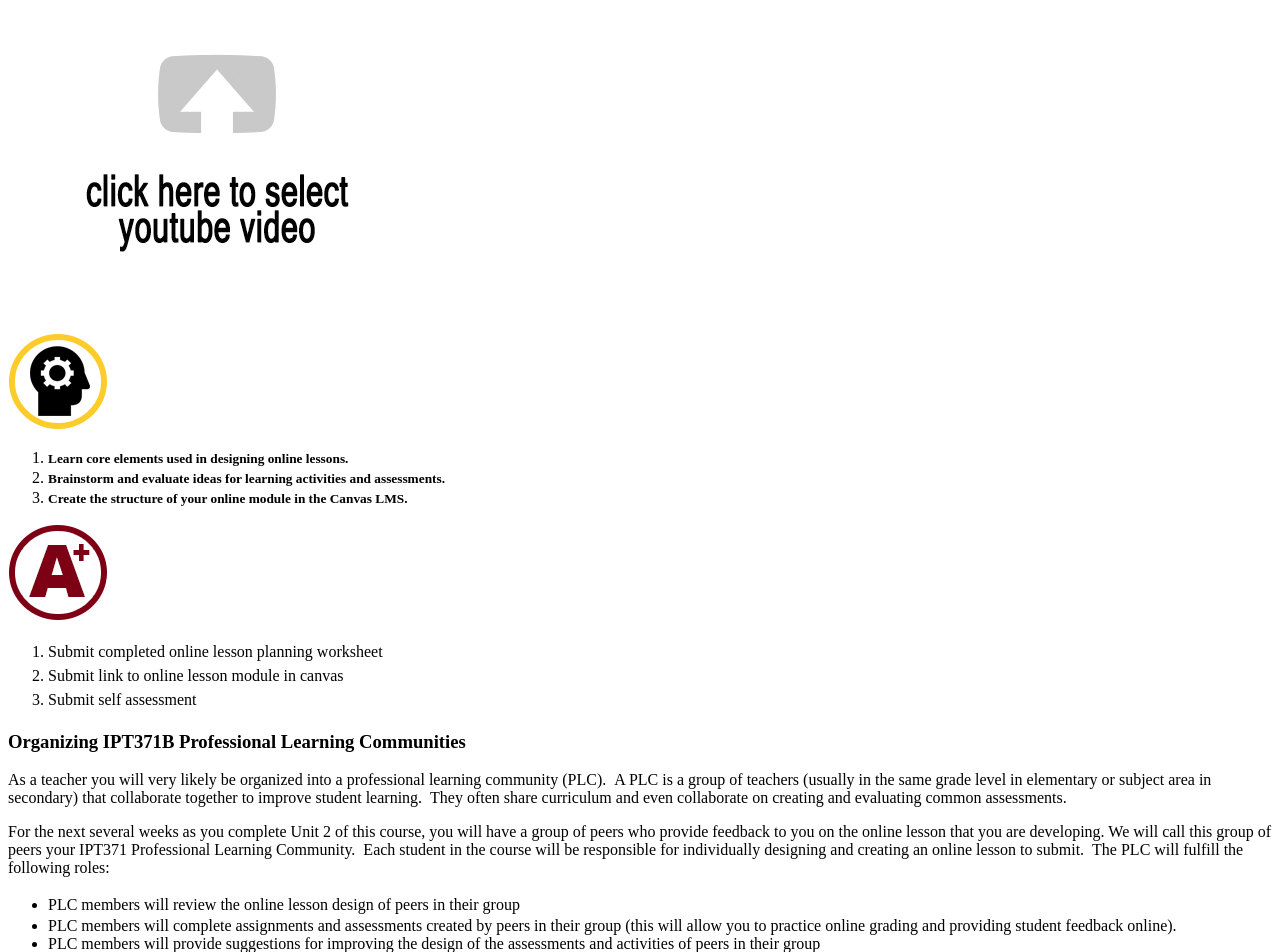
Repository: jaerod95/BYU
Page: IPT 371C/main.html
The author's editor kept a record of every edit. The page is drawn from the files as they stood at one moment, then again after the next edit.
The browser window is 1280 px wide. The pictures show the part of the page from y = 0 to 952 px (the page is 5167 px tall before and 4857 px after).
Pictures or frames that could not be fetched are drawn as grey boxes.

Above is the page before.

### IPT 371C/main.html
<!DOCTYPE html>
<html>

<head>
    <title></title>
    <link rel="stylesheet" href="newstyle.css">
    <script type="text/javascript" src="oldscript.js"></script>
</head>

<body>
    <div class="JR_IPT_371_B_main_content">
        <div class="JR_ipt371banner">
        </div>
        <div class="ipt371content">
            <div class="leftside">
                <div class="ipt371videoSlot" id="vidSlot">
                    <img id="videoButton" src="youtube.png" />
                </div>
            </div>
            <div class="rightside">
                <div class="ipt371ao blueboxipt">
                    <div class="bbimg"><img src="quest.png" /></div>
                    <div class="outcomes">
                        <ol>
                            <li style="text-align: left;"><strong><span style="font-size: 10pt; line-height: 1.5; background-color: transparent;">Learn core elements used in designing online lessons.</span></strong></li>
                            <li style="text-align: left;"><strong><span style="font-size: 10pt; line-height: 1.5; background-color: transparent;">Brainstorm and evaluate ideas for learning activities and assessments.</span></strong></li>
                            <li style="text-align: left;"><strong><span style="font-size: 10pt; line-height: 1.5; background-color: transparent;">Create the structure of your online module in the Canvas LMS.</span></strong></li>
                        </ol>
                    </div>
                </div>
                <div class="ipt371ao blueboxipt">
                    <div class="bbimg"><img src="study.png" /></div>
                    <div class="outcomes">
                        <ol>
                            <li><span style="line-height: 1.5; background-color: transparent;">Submit completed online lesson planning worksheet</span></li>
                            <li><span style="line-height: 1.5; background-color: transparent;">Submit link to online lesson module in canvas</span></li>
                            <li><span style="line-height: 1.5; background-color: transparent;">Submit self assessment</span></li>
                        </ol>
                    </div>
                </div>
            </div>
        </div>
        <div class="maincontent">
            <h3 class=""><strong><span style="font-size: 14pt;">Organizing IPT371B&nbsp;Professional Learning Communities</span></strong></h3>
            <p>As a teacher you will very likely be organized into a professional learning community (PLC). &nbsp;A PLC is a group of teachers (usually in the same grade level in elementary or subject area in secondary) that collaborate together to improve
                student learning. &nbsp;They often share curriculum and even collaborate on creating and evaluating common assessments.&nbsp;</p>
            <p>For the next several weeks as you complete Unit 2 of this course, you will have a&nbsp;group of peers who provide feedback to you on the online lesson that you are developing. We will call this group of peers your IPT371 Professional Learning
                Community. &nbsp;Each student in the course will be responsible for individually designing and creating an online lesson to submit. &nbsp;The PLC will fulfill the following roles:</p>
            <ul>
                <li><span style="line-height: 1.5; background-color: transparent;">PLC members will review the online lesson design of peers in their group</span></li>
                <li>PLC members will complete assignments and assessments created by peers in their group (this will allow you to practice online grading and providing student feedback online).</li>
                <li>PLC members will provide suggestions for improving&nbsp;the design of the assessments and activities&nbsp;of peers in their group</li>
            </ul>

            <p>Follow these instructions to join&nbsp;a PLC group:</p>
            <ul>
                <li>click on the "People" link in the lefthand menu&nbsp;</li>
                <li>click on the Groups tab</li>
                <li>click the "JOIN" link for the PLC that you want to join (only four students can join any given group)&nbsp;</li>
            </ul>
            <h3><strong><span style="font-size: 14pt;">PLANNING YOUR ONLINE/BLENDED LESSON</span></strong></h3>
            <p>&nbsp;<span style="color: #000000; font-size: 12pt;">During Unit 2&nbsp;you will plan and create an online lesson with online activities and assessments. You will compare strengths and limitations of your online lesson to a lesson plan for traditional classroom instruction. Go through the presentation&nbsp;below for a brief orientation about designing your online/blended learning lesson.&nbsp;</span></p>
            <table>
                <tbody>
                    <tr>
                        <td>
                            <p><iframe src="https://docs.google.com/presentation/d/1GCk5dx-VfW0Fi9aZafrTwGb8O9lP57o1bbPRcgLpvps/embed?start=false&amp;loop=false&amp;delayms=5000" width="480" height="329" allowfullscreen="allowfullscreen" webkitallowfullscreen="webkitallowfullscreen"
                                    mozallowfullscreen="mozallowfullscreen"></iframe><br />(<a id="" class="inline_disabled " title="" href="https://youtu.be/j68BsLilEnQ" target="">watch the narrated presentation</a>)</p>
                        </td>
                        <td><img src="/courses/138/files/14078/preview" alt="online lesson outline.png" width="315" height="373" data-api-endpoint="https://byu.instructure.com/api/v1/courses/138/files/14078" data-api-returntype="File" /></td>
                    </tr>
                </tbody>
            </table>
            &nbsp;<span style="font-size: 12pt;">The image above&nbsp;shows a basic outline for the elements that should be in your final online/blended lesson. &nbsp;Use the <a id="" class=" instructure_scribd_file instructure_file_link" title="IPT 371B Online Lesson Planning Worksheet.docx" href="/courses/138/files/14097/download?wrap=1" target="" data-api-endpoint="https://byu.instructure.com/api/v1/courses/138/files/14097" data-api-returntype="File">planning worksheet</a> to document and submit ideas for your online lesson.&nbsp;</span></div>

        <p>&nbsp;</p>
        <p><span style="font-size: 12pt;"><strong>Step 1:</strong> Choose a Learning Objective and Find a Traditional Lesson Plan</span></p>
        <p>Select a CORE curriculum objective from your teaching subject area to focus your lesson on (see <a href="http://www.uen.org/core/">http://www.uen.org/core/</a>). &nbsp;Your design task will be easier if you select a topic</p>
        <ul>
            <li><span style="line-height: 1.5; background-color: transparent;">that you would&nbsp;currently be comfortable teaching</span></li>
            <li><span style="line-height: 1.5; background-color: transparent;">that you have or can find a traditional classroom-based lesson plan for&nbsp;</span></li>
            <li><span style="line-height: 1.5; background-color: transparent;">that lends itself to online activities</span></li>
        </ul>
        <p><span style="line-height: 1.5; background-color: transparent;">As you start thinking about your lesson, you should consider a lesson that can be done within a couple of days to a week's time. &nbsp;Also, you will want to make sure that there is strong alignment between the outcomes, assessments, and activities that you choose. &nbsp;Watch this brief video about aligning activities with assessments.</span></p>
        <p><span style="line-height: 1.5; background-color: transparent;"><iframe style="width: 479px; height: 358px;" title="Professor Dancelot and the Perils of a Misaligned Course" src="https://www.youtube.com/embed/oWi5vy6TSso?feature=oembed" width="300" height="150" allowfullscreen="allowfullscreen" webkitallowfullscreen="webkitallowfullscreen" mozallowfullscreen="mozallowfullscreen"></iframe></span></p>
        <p>&nbsp;</p>
        <p><span style="font-size: 12pt;">See Section 1 in <a id="" class="" title="" href="https://docs.google.com/document/d/1DGZEOBr-0NPP5FpndHmYdr4ZjT7dqZFJN1QBuSIcO-g/edit?usp=sharing" target="">Elementary Ed worked example</a>.<br /></span>
            <span style="font-size: 12pt;">See Section 1 in Secondary Ed worked example.</span>
        </p>
        <p><span style="font-size: 12pt;"><strong>Step 2:</strong> Explore Quiz Questions for your Final Assessment</span></p>
        <p>The second step in your process is to explore questions for your final lesson assessment. &nbsp;You do not have to develop the full assessment at this time, but you should get some clear ideas about the the questions you might ask in the assessment
            because you will need to create assignments and activities that help student prepare for the final assessment.</p>
        <table>
            <tbody>
                <tr>
                    <td><iframe src="https://docs.google.com/presentation/d/1e3UTlGqxUbCI7pnoWT2LUx7U5JRqhK7J9bCb1NaJUAY/embed?start=false&amp;loop=false&amp;delayms=5000" width="480" height="329" allowfullscreen="allowfullscreen" webkitallowfullscreen="webkitallowfullscreen"
                            mozallowfullscreen="mozallowfullscreen"></iframe></td>
                    <td><span>See <a id="" class="" title="" href="https://docs.google.com/document/d/1DGZEOBr-0NPP5FpndHmYdr4ZjT7dqZFJN1QBuSIcO-g/edit?usp=sharing" target="">Elementary Ed worked example</a>.<br /></span><span>See Secondary Ed worked example.</span></td>
                </tr>
            </tbody>
        </table>


        <p>&nbsp;</p>


        <p><span style="font-size: 12pt;"><strong>Step 3:</strong> Brainstorm Ideas for a Lesson Assignment</span></p>
        <p>&nbsp;You will also need to brainstorm ideas for a graded assignment in the online/blended lesson. &nbsp;Make sure that your assignment ideas align back to the CORE objectives that you have identified.</p>


        <p><span style="font-size: 12pt;">See Section 2 in <a id="" class="" title="" href="https://docs.google.com/document/d/1DGZEOBr-0NPP5FpndHmYdr4ZjT7dqZFJN1QBuSIcO-g/edit?usp=sharing" target="">Elementary Ed worked example</a>.<br /></span>
            <span style="font-size: 12pt;">See Section 2 in Secondary Ed worked example.</span>
        </p>
        <p><span style="font-size: 12pt;"><strong>Step 4:</strong> Brainstorm Ideas for a Content-driven Activity</span></p>
        <p>Activities that you develop do not need to be graded. &nbsp;However, it can be beneficial if students are able to get formative feedback on their performance in the activity. &nbsp;Go through the presentation below to get an idea of a range of
            different online learner-content activities you can consider.&nbsp;</p>
        <table>
            <tbody>
                <tr>
                    <td><iframe src="https://docs.google.com/presentation/d/1KD7e5IGZ_-kfo9Fulln4WiiIUOmqdnus4uCQGxQ1s9Q/embed?start=false&amp;loop=false&amp;delayms=3000" width="480" height="329" allowfullscreen="allowfullscreen" webkitallowfullscreen="webkitallowfullscreen"
                            mozallowfullscreen="mozallowfullscreen"></iframe></td>
                    <td><span>See <a id="" class="" title="" href="https://docs.google.com/document/d/1DGZEOBr-0NPP5FpndHmYdr4ZjT7dqZFJN1QBuSIcO-g/edit?usp=sharing" target="">Elementary Ed worked example</a>.<br /></span><span>See Secondary Ed worked example.</span></td>
                </tr>
            </tbody>
        </table>
        <p>&nbsp;</p>
        <p><span style="font-size: 12pt;"><strong>Step 5:</strong> Brainstorm Ideas for a Community-driven Activity</span></p>
        <span>In this step you will brainstorm several activities that involve students learning together online. &nbsp;Go through the presentation below to get an idea of a range of different online learner-learner activities you can consider.</span>&nbsp;</div>
    <table>
        <tbody>
            <tr>
                <td><iframe src="https://docs.google.com/presentation/d/1KD7e5IGZ_-kfo9Fulln4WiiIUOmqdnus4uCQGxQ1s9Q/embed?start=false&amp;loop=false&amp;delayms=5000" width="480" height="329" allowfullscreen="allowfullscreen" webkitallowfullscreen="webkitallowfullscreen"
                        mozallowfullscreen="mozallowfullscreen"></iframe></td>
                <td><span>See <a id="" class="" title="" href="https://docs.google.com/document/d/1DGZEOBr-0NPP5FpndHmYdr4ZjT7dqZFJN1QBuSIcO-g/edit?usp=sharing" target="">Elementary Ed worked example</a>.<br /></span><span>See Secondary Ed worked example.</span></td>
            </tr>
        </tbody>
    </table>
    <p><span style="font-size: 12pt;"><strong>Step 6:</strong> Provide a Rationale for the&nbsp;</span></p>
    <p>&nbsp;It is important for you to think about what value your online/blended activities and assessments add to the lesson. &nbsp;Share your lesson ideas with at least one member of your PLC and get feedback from him/her on your assignment and activity
        ideas. &nbsp;Pick one of your assessment ideas and one of your activity ideas to analyze within the planning worksheet using the following criteria:</p>
    <ul>
        <li><strong>PIC</strong> - What is the student relationship to the technology (Passive, Interactive, Creative)?</li>
        <li><strong>RAT</strong> - How does the online lesson change the teacher&rsquo;s traditional practice (replace, amplify, transform)?</li>
        <li><strong>ACCESS</strong> &ndash; How does the online lesson affect student access to learning experiences when compared to the traditional lesson?</li>
        <li><strong>STUDENT LEARNING</strong> &ndash; How does the online lesson intend to impact student learning as compared to the traditional lesson? (i.e., What value does it add?)</li>
    </ul>
    <p><span style="font-size: 12pt;">See <a id="" class="" title="" href="https://docs.google.com/document/d/1DGZEOBr-0NPP5FpndHmYdr4ZjT7dqZFJN1QBuSIcO-g/edit?usp=sharing" target="">Elementary Ed worked example</a>.<br /></span>
        <span style="font-size: 12pt;">See Secondary Ed worked example.</span>
    </p>
    <p><span style="font-size: 12pt;">NOTE: At this point your ideas need to be concrete but you can always adapt and change as you progress through the unit.&nbsp;&nbsp;</span></p>
    <p>&nbsp;</p>
    <h3><strong><span style="font-size: 14pt;">Build Online Module Structure in Canvas LMS</span></strong></h3>
    <p>Once you have completed the planning worksheet you will create the structure for your online lesson (or module) in Canvas. &nbsp;Think of this as your lesson shell - you are creating and organizing the pieces of the lesson, but the content of each
        of the pieces does not exist yet.&nbsp;</p>
    <p>To complete this assignment do the following:</p>
    <p><strong>1. Create a Canvas Course for your module</strong> (<span>use the </span><span><span><a class="external" title="" href="https://community.canvaslms.com/community/answers/guides/" target="_blank">Canvas Guides</a>&nbsp;accessed from the Help menu if needed</span></span>)</p>
    <ul>
        <ul>
            <li>Name your course "&lt;first name last name&gt; - Canvas Module with your name in place of "<span>&lt;first name last name&gt;"</span></li>
        </ul>
    </ul>
    <ul>
        <ul>
            <li>Add all members of your PLC as "students" in the course and add "charles.graham@byu.edu" as a "<strong>Teacher</strong>"&nbsp;in your course</li>
            <li>Make sure your Canvas profile is updated with your name and photo</li>
            <li>Go to the Canvas settings on the left hand side and familiarize yourself with different options. &nbsp;Hide all of the navigation elements for your course except for&nbsp;Modules and Grades.</li>
        </ul>
    </ul>
    <p><span><strong>2. Create a Module for your Lesson in Canvas</strong> (</span><span>use the </span><span><span><a class="external" title="" href="https://community.canvaslms.com/community/answers/guides/" target="_blank">Canvas Guides</a>&nbsp;accessed from the Help menu if needed)</span></span>
    </p>
    <span><span><span class="screenreader-only"><a class="external" title="" href="https://community.canvaslms.com/community/answers/guides/" target="_blank">&nbsp;(Links to an external site.)</a><span style="line-height: 1.5; background-color: transparent;">accessed from the Help menu top right to find out how to do these things</span></span>
    </span>
    </span>
    <ul>
        <ul>
            <li>Title your module appropriately related to the standard/learning objective you are addressing</li>
            <li>Add at least the following elements to your module structure</li>
            <ul>
                <li>A lesson intro and instructions (content page)</li>
                <li>Assessment: An assignment page (assignment page)&nbsp;</li>
                <li>Assessment: A quiz/exam (quiz page)</li>
                <li>A page for your content-driven activity (likely a content page)</li>
                <li>A page for your community-driven activity (likely a discussion page)</li>
                <li>Note: These elements in your structure are placeholders and don't have to contain the actual content of your assessments or activities yet.</li>
            </ul>
        </ul>
    </ul>
    <ul>
        <ul>
            <li>You may explore/practice adding the following elements to your module structure</li>
            <ul>
                <li>File</li>
                <li>Text Header (Figure out how to use text headers and indenting to visually organize the elements in your module)</li>
            </ul>
        </ul>
    </ul>
    <ul>
        <ul>
            <ul>
                <li>External URL</li>
                <li>Figure out how to use text headers and indenting to visually organize the elements in your module.</li>
                <li>Note: Make sure that you "publish" your module and the module elements by clicking on the gray cloud on the right hand side until it turns green with a checkmark in it.&nbsp;</li>
            </ul>
        </ul>
    </ul>
    <p>Here are two screencasts demonstrating how to create a course and module structure in canvas.</p>
    <table>
        <tbody>
            <tr>
                <td>
                    <p><iframe title="IPT371B Create a Canvas Course" src="https://www.youtube.com/embed/mNcirikHaEk?feature=oembed" width="300" height="150" allowfullscreen="allowfullscreen" webkitallowfullscreen="webkitallowfullscreen" mozallowfullscreen="mozallowfullscreen"></iframe><br
                        />Create a Canvas Course screencast</p>
                </td>
                <td><iframe title="IPT371B Create a Module Structure in Canvas" src="https://www.youtube.com/embed/NhsZu472NZA?feature=oembed" width="300" height="150" allowfullscreen="allowfullscreen" webkitallowfullscreen="webkitallowfullscreen" mozallowfullscreen="mozallowfullscreen"></iframe><br
                    />Create a Module Structure in Canvas</td>
            </tr>
        </tbody>
    </table>
    <p>&nbsp;</p>
    <h3><span style="font-size: 14pt;"></span><span style="font-size: 14pt;"><strong>Assignments</strong></span></h3>
    <div class="">Submit completed online lesson planning worksheet</div>
    <div class="">Submit link to online lesson module in canvas</div>
    <div class="">Submit self assessment</div>
</body>

</html>

### IPT 371C/newstyle.css
.JR_ipt371main {
    max-width: 900px;
    height: auto;
}

.JR_ipt371content {
    width: 100%;
    max-height: 900px;
    display: flex;
    justify-content: space-between;
}

.JR_rightside {
    display: flex;
    flex-direction: column;
    justify-content: space-between;
    width: 430px;
}

.JR_blueboxipt {
    background-color: #A2D2F9; border-radius: 5px;
}

.JR_vid {
    width: 100%;
    height: 100%;
    border-radius: 5px;
}

.JR_outcomes {
    flex-grow: 5;
}

.JR_bbimg {
    padding-left: 10px;
    flex-grow: 1;
    display: flex;
    flex-direction: column;
    justify-content: center;
}

.JR_ipt371ao {
    display: flex;
}

.JR_ipt371videoSlot {
    background-image: URL("youtube.png");
    width: 430px;
    height: 322.5px;
}

### IPT 371C/oldscript.js
window.addEventListener("DOMContentLoaded", init);
var d = document;


function init() {

    document.getElementById("videoButton").addEventListener("mouseover", changeRed);
    document.getElementById("videoButton").addEventListener("mouseleave", changeback);
    document.getElementById("vidSlot").addEventListener("click", upload);

}

function changeRed(event) {
    event.target.src = "youtube-selected.png";
}

function changeback(event) {
    event.target.src = "youtube.png";
}

function upload() {
    var video = prompt("Please paste the URL to your youtube video here", "ex. https://www.youtube.com/watch?v=tpDqfj3v30c");
    video = getSecondPart(video);
    console.log(video);





    d.getElementById("vidSlot").innerHTML =




        "<iframe class='vid' src='https://www.youtube.com/embed/" + video + "?feature=oembed' allowfullscreen='allowfullscreen' frameborder='0'></iframe>";

    console.log(d.getElementById("vidSlot").innerHTML);
}

// gets the special url code for each video
function getSecondPart(str) {
    return str.split('v=')[1];
}

After the next edit:
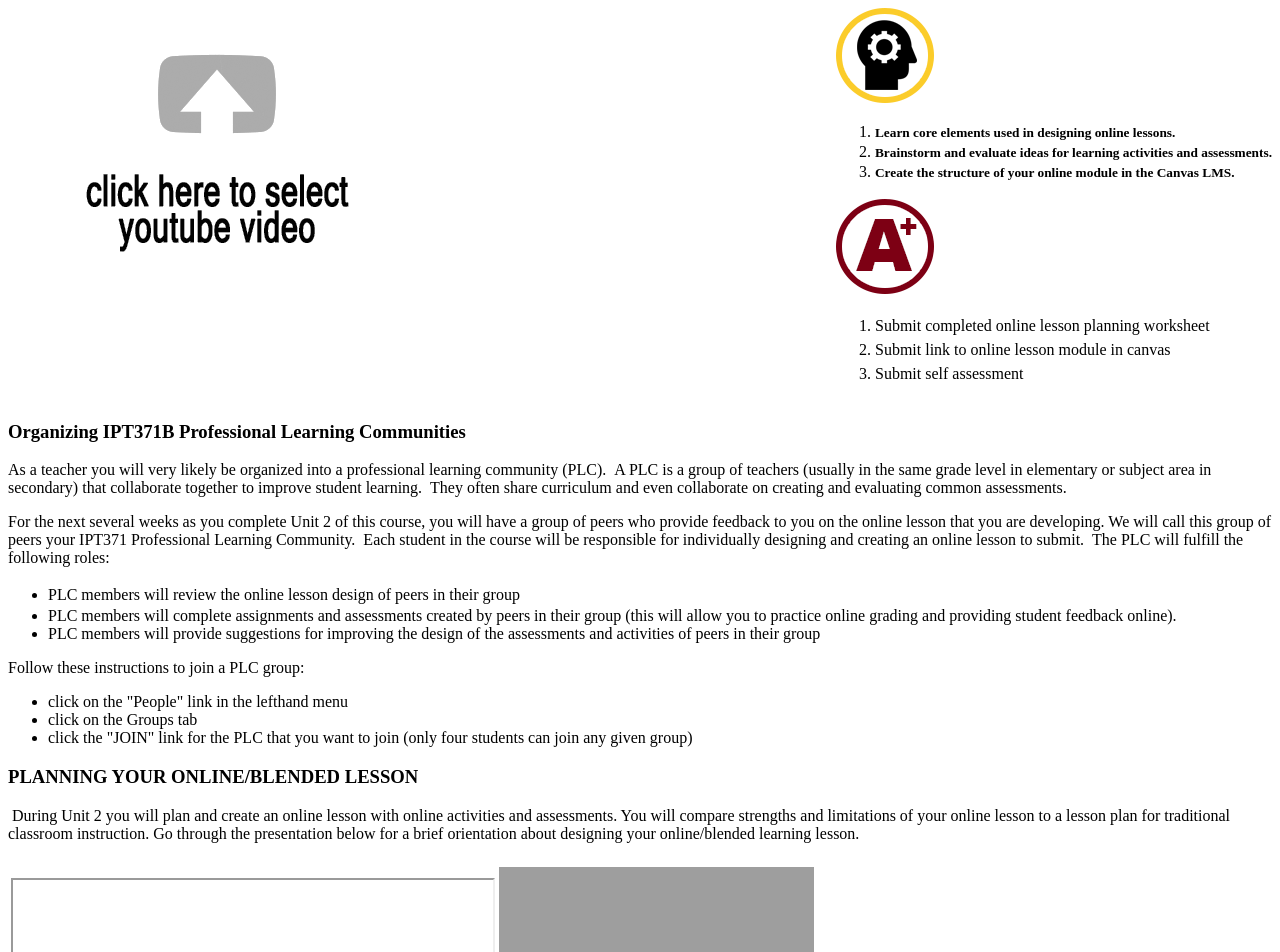
The edit:
--- a/IPT 371C/main.html
+++ b/IPT 371C/main.html
@@ -11,9 +11,9 @@
     <div class="JR_IPT_371_B_main_content">
         <div class="JR_ipt371banner">
         </div>
-        <div class="ipt371content">
-            <div class="leftside">
-                <div class="ipt371videoSlot" id="vidSlot">
+        <div class="JR_ipt371content">
+            <div class="JR_leftside">
+                <div class="JR_ipt371videoSlot" id="vidSlot">
                     <img id="videoButton" src="youtube.png" />
                 </div>
             </div>
